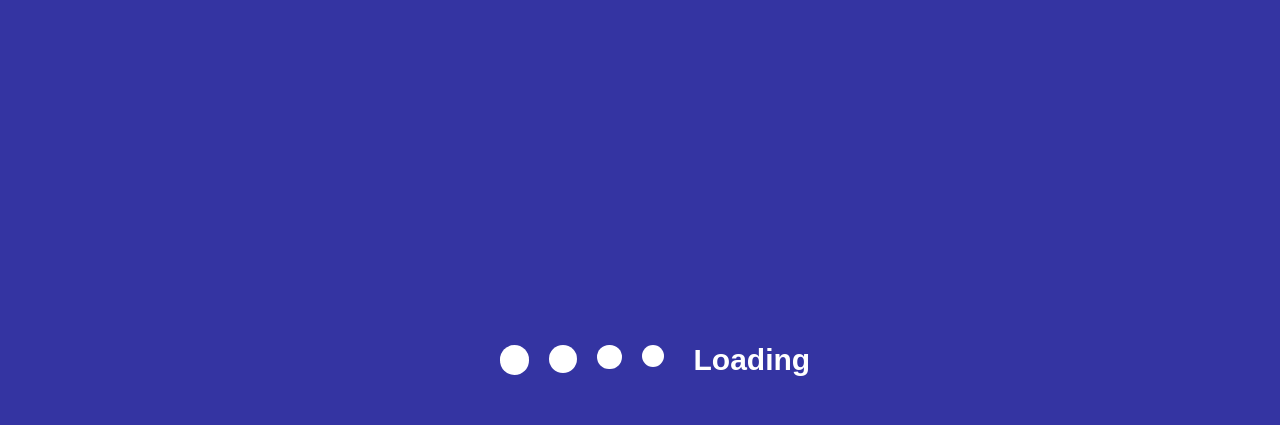
Repository: DevMike1993/100_Projects_HTML_CSS_JAVASCRIPT
Page: 02_Creative_Loading_Animation/index.html
These files come from the project's save history. The page is drawn as it stood at one moment and after a run of saves; the edit follows.
The browser window is 1280 px wide. The pictures show the whole page.

Above is the page before, as saved 2023-11-26 17:33:43.

After the next 3 saves:
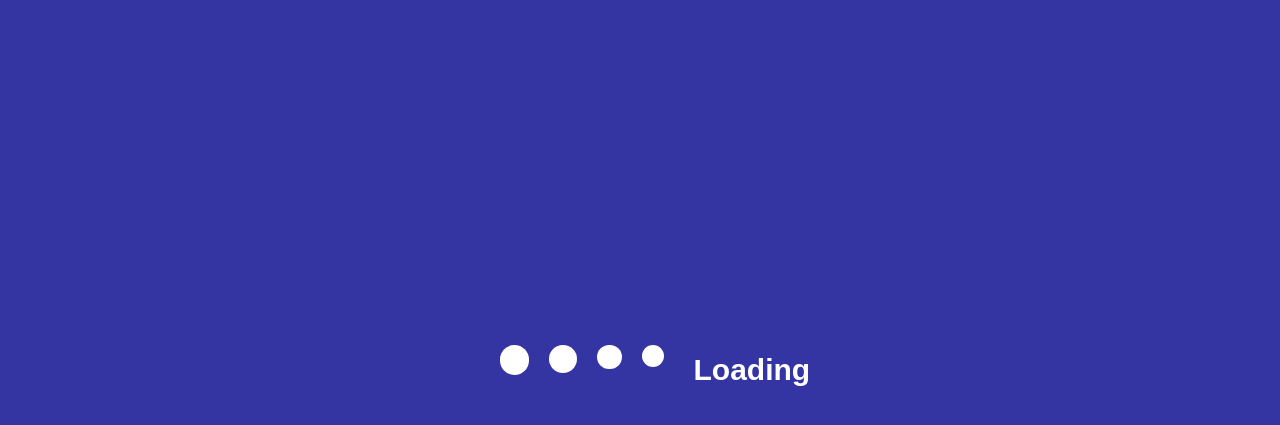
The 3 saves are shown as one change because they came seconds apart.
The last was saved 9 s later.
--- a/02_Creative_Loading_Animation/style.css
+++ b/02_Creative_Loading_Animation/style.css
@@ -18,7 +18,7 @@ body{
 
 .content{
     text-align: center;
-    na
+    margin-top: 20px;
 }
 
 .content h1{
